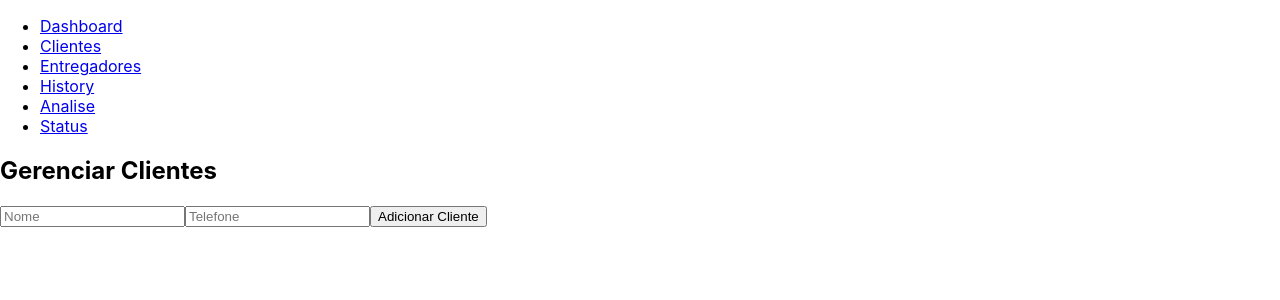
Repository: feliperanon/gestao-entregas
Page: /clientes (app in frontend/)
An editor plug-in stored every save of this project. The page is shown before and after the next save, followed by the edit.
The browser window is 1280 px wide. The pictures show the whole page.
The page's requests for data from a server got no answer. The project was rebuilt for these pictures with package versions that can differ from the ones it lists, and the page was loaded fresh each time. No one was signed in, and anything a server would have sent is missing. Also part of the build but not shown: frontend/src/pages/Dashboard.js, frontend/src/pages/Entregadores.js, frontend/src/pages/History.js, frontend/src/pages/Analise.js, frontend/src/pages/Login.js, frontend/src/pages/Status.js.

Above is the page before, as saved 2024-06-30 15:24:57.

After the next save:
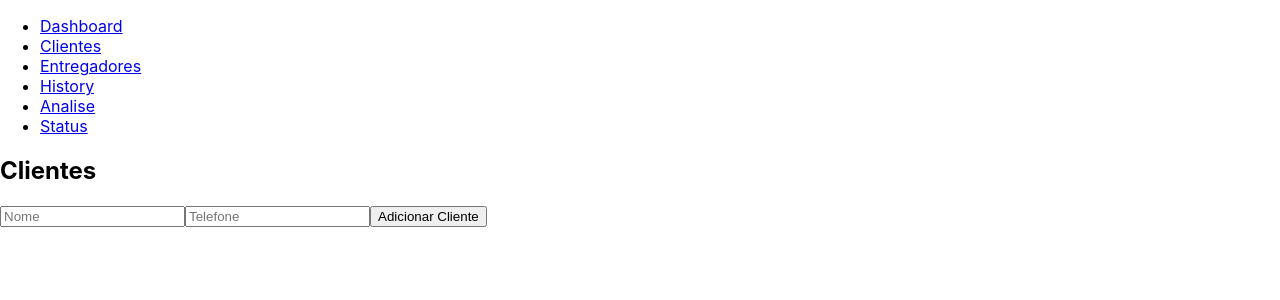
Saved 12 s later.
--- a/frontend/src/pages/Clientes.js
+++ b/frontend/src/pages/Clientes.js
@@ -4,8 +4,6 @@ import api from '../services/api';
 const Clientes = () => {
   const [clientes, setClientes] = useState([]);
   const [form, setForm] = useState({ nome: '', telefone: '' });
-  const [isEditing, setIsEditing] = useState(false);
-  const [currentId, setCurrentId] = useState(null);
 
   useEffect(() => {
     const fetchClientes = async () => {
@@ -19,7 +17,6 @@ const Clientes = () => {
         console.error('Error fetching clientes:', error);
       }
     };
-
     fetchClientes();
   }, []);
 
@@ -31,58 +28,27 @@ const Clientes = () => {
     e.preventDefault();
     try {
       const token = localStorage.getItem('token');
-      if (isEditing) {
-        const response = await api.put(`/clientes/${currentId}`, form, {
-          headers: { Authorization: `Bearer ${token}` }
-        });
-        setClientes(clientes.map(cliente => cliente._id === currentId ? response.data : cliente));
-        setIsEditing(false);
-        setCurrentId(null);
-      } else {
-        const response = await api.post('/clientes', form, {
-          headers: { Authorization: `Bearer ${token}` }
-        });
-        setClientes([...clientes, response.data]);
-      }
+      const response = await api.post('/clientes', form, {
+        headers: { Authorization: `Bearer ${token}` }
+      });
+      setClientes([...clientes, response.data]);
       setForm({ nome: '', telefone: '' });
     } catch (error) {
-      console.error('Error adding/editing cliente:', error);
-    }
-  };
-
-  const handleEdit = (cliente) => {
-    setForm({ nome: cliente.nome, telefone: cliente.telefone });
-    setIsEditing(true);
-    setCurrentId(cliente._id);
-  };
-
-  const handleDelete = async (id) => {
-    try {
-      const token = localStorage.getItem('token');
-      await api.delete(`/clientes/${id}`, {
-        headers: { Authorization: `Bearer ${token}` }
-      });
-      setClientes(clientes.filter(cliente => cliente._id !== id));
-    } catch (error) {
-      console.error('Error deleting cliente:', error);
+      console.error('Error creating cliente:', error);
     }
   };
 
   return (
     <div>
-      <h2>Gerenciar Clientes</h2>
+      <h2>Clientes</h2>
       <form onSubmit={handleSubmit}>
         <input name="nome" value={form.nome} onChange={handleChange} placeholder="Nome" required />
-        <input name="telefone" value={form.telefone} onChange={handleChange} placeholder="Telefone" />
-        <button type="submit">{isEditing ? 'Editar Cliente' : 'Adicionar Cliente'}</button>
+        <input name="telefone" value={form.telefone} onChange={handleChange} placeholder="Telefone" required />
+        <button type="submit">Adicionar Cliente</button>
       </form>
       <ul>
         {clientes.map((cliente) => (
-          <li key={cliente._id}>
-            {cliente.nome} - {cliente.telefone}
-            <button onClick={() => handleEdit(cliente)}>Editar</button>
-            <button onClick={() => handleDelete(cliente._id)}>Excluir</button>
-          </li>
+          <li key={cliente._id}>{cliente.nome} - {cliente.telefone}</li>
         ))}
       </ul>
     </div>
